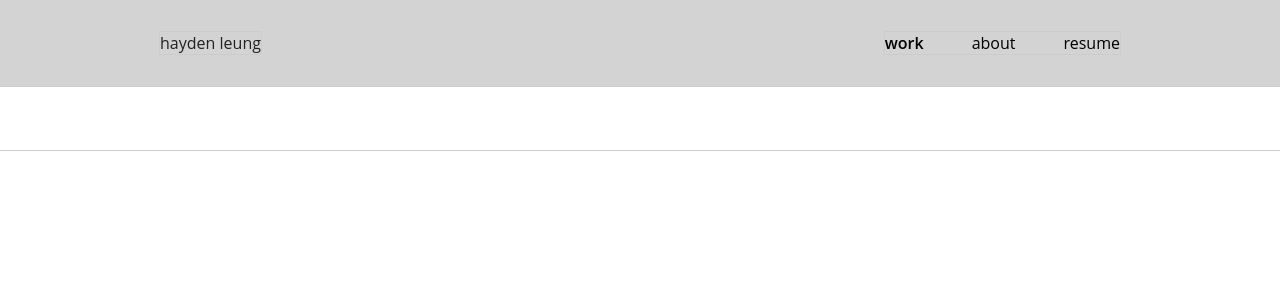
Repository: Haydenleung/Artifact
Page: /
An editor plug-in stored every save of this project. The page is shown before and after the next save, followed by the edit.
The browser window is 1280 px wide. The pictures show the whole page.
The project was rebuilt for these pictures with package versions that can differ from the ones it lists, and the page was loaded fresh each time. The framework's server and built-in components were replaced by stand-ins that run in the browser. Also part of the build but not shown: next.config.mjs.

Above is the page before, as saved 2024-01-28 22:38:48.

After the next save:
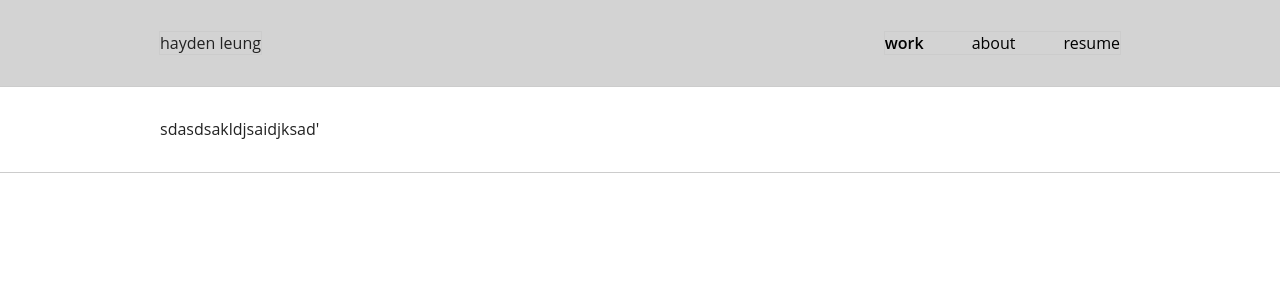
Saved 7 s later.
--- a/src/components/CaseStudy/index.tsx
+++ b/src/components/CaseStudy/index.tsx
@@ -1,5 +1,5 @@
 export default function CaseStudy() {
     return (
-        <></>
+        <>sdasdsakldjsaidjksad'</>
     )
 }

After the save that followed:
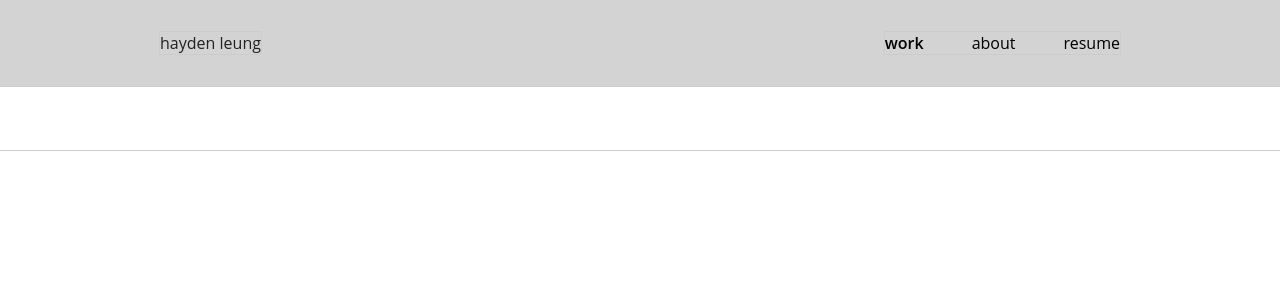
Saved 6 s later.
--- a/src/components/CaseStudy/index.tsx
+++ b/src/components/CaseStudy/index.tsx
@@ -1,5 +1,5 @@
 export default function CaseStudy() {
     return (
-        <>sdasdsakldjsaidjksad'</>
+        <></>
     )
 }
